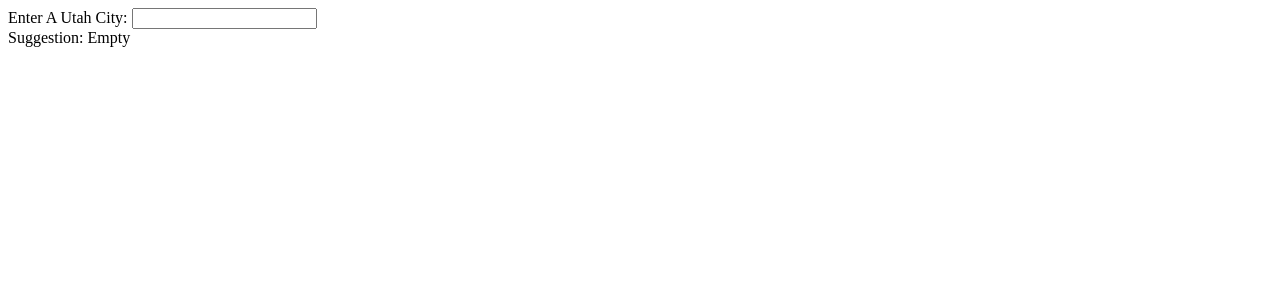
Repository: ShinjinE/CS260
Page: homework/Lab-4.5-Node/owl/public/weather.html
The author's editor kept a record of every edit. The page is drawn from the files as they stood at one moment, then again after the next edit.
The browser window is 1280 px wide. The pictures show the whole page.
Some web libraries are served in a nearby version.

Above is the page before.

### homework/Lab-4.5-Node/owl/public/weather.html
<html>

<head>
    <title>City Finder</title>
    <script src="https://code.jquery.com/jquery-1.10.2.js"></script>

</head>

<body>
    <form>
        Enter A Utah City: <input type="text" id="cityfield" value=""><br> Suggestion: <span id="txtHint">Empty</span>
    </form>
    <script>
        $("#cityfield").keyup(function() {
            var url = "getcity?q=" + $("#cityfield").val();
            $.getJSON(url, function(data) {
                var everything;
                everything = "<ul>";
                $.each(data, function(i, item) {
                    everything += "<li> " + data[i].city;
                });
                everything += "</ul>";
                $("#txtHint").html(everything);
            });
        });
    </script>
</body>

</html>



<html>
    <head>
        <script src="https://code.jquery.com/jquery-1.10.2.js"></script>
    </head>

</html>

After the next edit:
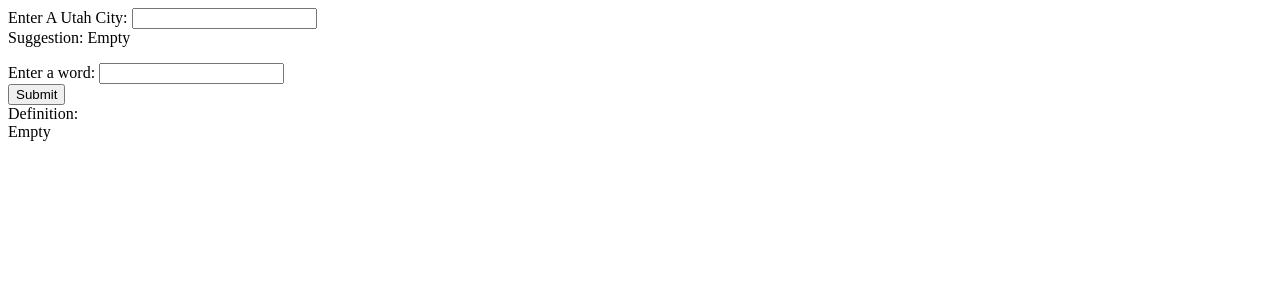
The edit:
--- a/homework/Lab-4.5-Node/owl/public/weather.html
+++ b/homework/Lab-4.5-Node/owl/public/weather.html
@@ -24,6 +24,27 @@
             });
         });
     </script>
+    <form>
+        Enter a word: <input type="text" id="owlform" value=""><br>
+        <button id="owlbutton">Submit</button><br>
+        Definition: <br><span id="owldef">Empty</span>
+    </form>
+    <script>
+        $("#owlbutton").click(function(event) {
+            event.preventDefault();
+           var url = "owl?q="+$("#owlform").val();
+           $.getJSON(url, function(data){
+              var everything;
+              everything = "<ul>";
+              $.each(data, function(index,item){
+                 everything += "<li>"+data[index].defenition+"</li>";
+              });
+              everything += "</ul>";
+              console.log(everything);
+              $("#owldef").html(everything);
+           });
+        });
+    </script>
 </body>
 
 </html>
